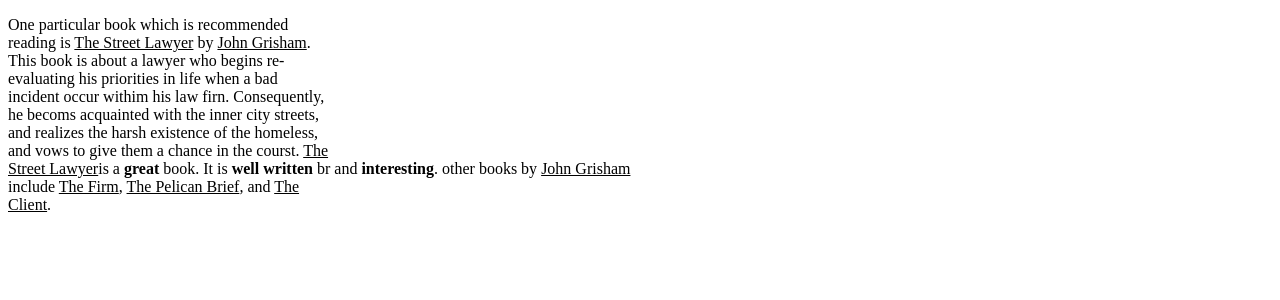
Repository: PhamChiXuan1/HTCNW_tuan3_DHCNTT16C_PhamChiXuan_20030131
Page: bt3.html
These files come from the project's save history. The page is drawn as it stood at one moment and after the next save; the edit follows.
The browser window is 1280 px wide. The pictures show the whole page.

Above is the page before, as saved 2022-02-26 20:24:49.

After the next save:
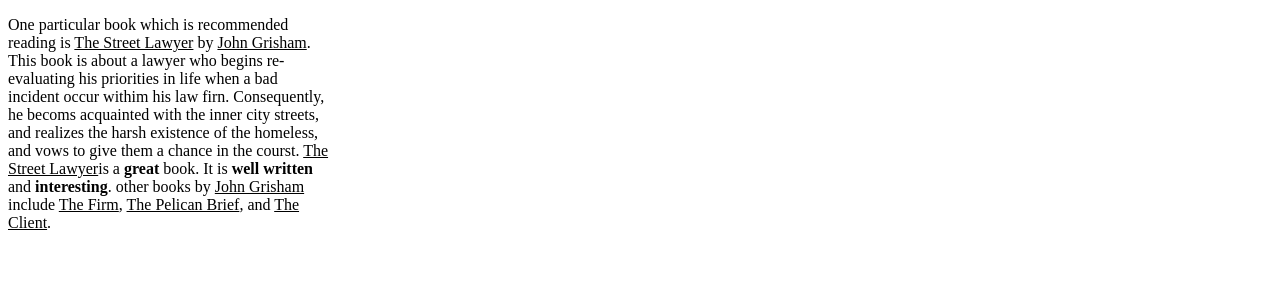
Saved 51 s later.
--- a/bt3.html
+++ b/bt3.html
@@ -7,6 +7,6 @@
     <title>Document</title>
 </head>
 <body>
-    <P>One particular book which is recommended <br> reading is <U>The Street Lawyer</U> by <U>John Grisham</U>. <br>This book is about a lawyer who begins re- <br>evaluating his priorities in life when a bad <br>incident occur withim his law firn. Consequently, <br>he becoms acquainted with the inner city streets, <br>and realizes the harsh existence of the homeless, <br> and vows to give them a chance in the courst. <U>The</U><br><U>Street Lawyer</U>is a <B>great</B> book. It is <B>well written</B> br and <B>interesting</B>. other books by <U>John Grisham</U><br>include <U>The Firm</U>, <U>The Pelican Brief</U>, and <U>The</U> <br><U>Client</U>.</div></P>
+    <P>One particular book which is recommended <br> reading is <U>The Street Lawyer</U> by <U>John Grisham</U>. <br>This book is about a lawyer who begins re- <br>evaluating his priorities in life when a bad <br>incident occur withim his law firn. Consequently, <br>he becoms acquainted with the inner city streets, <br>and realizes the harsh existence of the homeless, <br> and vows to give them a chance in the courst. <U>The</U><br><U>Street Lawyer</U>is a <B>great</B> book. It is <B>well written</B><br> and <B>interesting</B>. other books by <U>John Grisham</U><br>include <U>The Firm</U>, <U>The Pelican Brief</U>, and <U>The</U> <br><U>Client</U>.</div></P>
 </body>
 </html>
